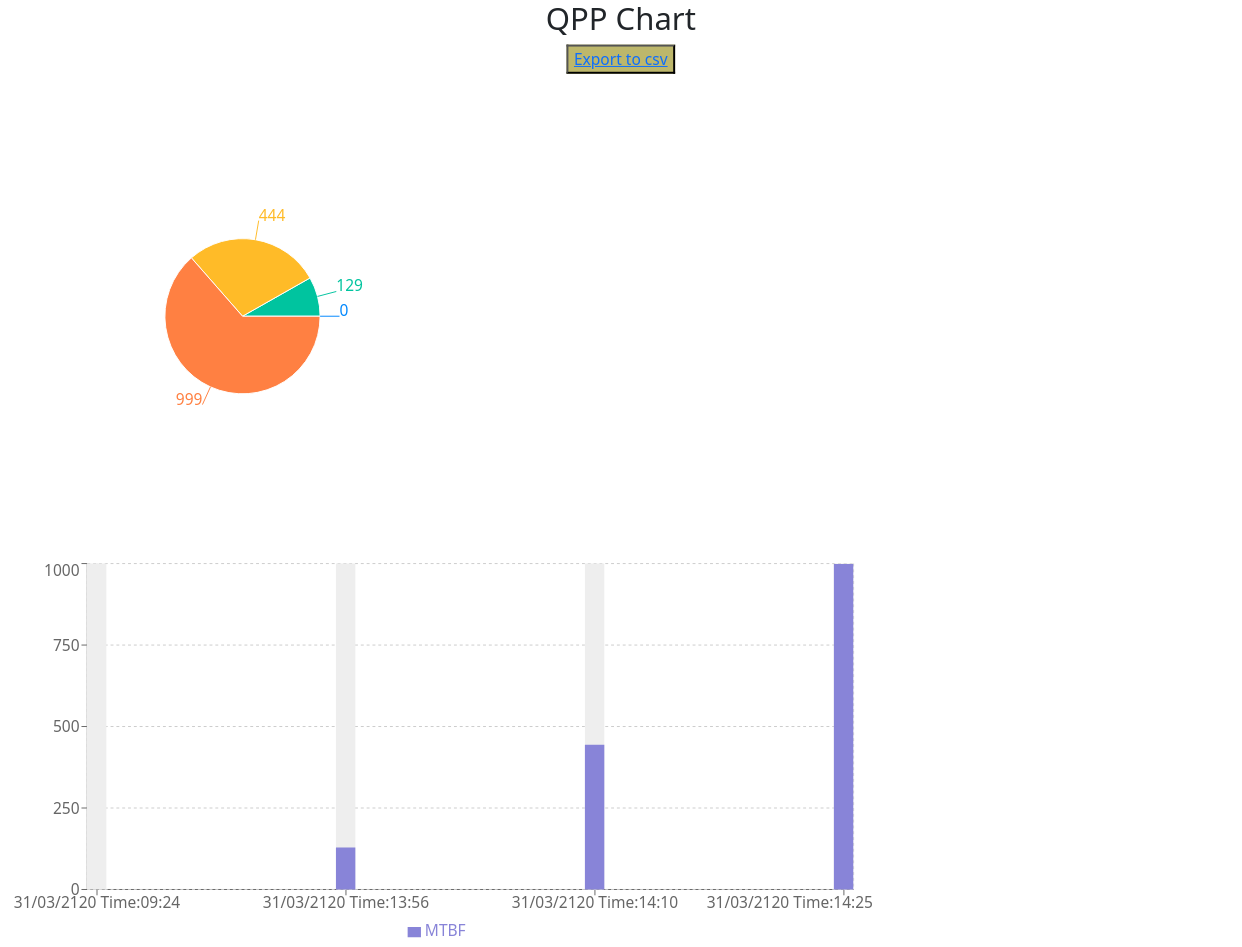
Repository: exiled-kal/ReactChartPrac
Page: /
The author's editor kept a copy of each file at every save. The page is drawn from the files as they stood at one save, then again after a run of saves.
The browser window is 1280 px wide. The pictures show the whole page, at 97% of full size.
The project was rebuilt for these pictures with package versions that can differ from the ones it lists, and the page was loaded fresh each time.

Above is the page before, as saved 2021-04-18 19:57:04.

After the next 2 saves:
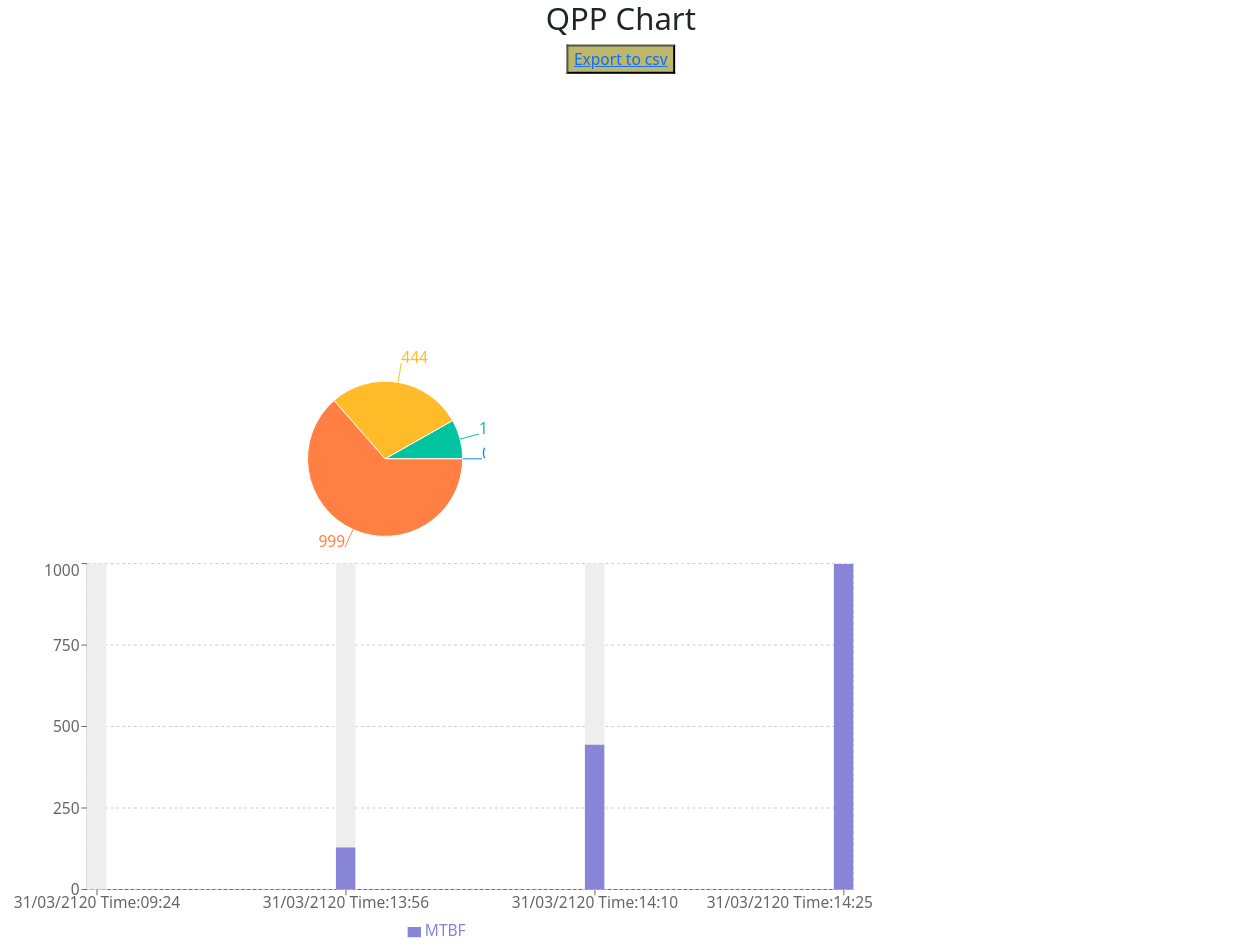
The 2 saves are shown as one change because they came seconds apart.
The last was saved 36 s later.
--- a/src/App.js
+++ b/src/App.js
@@ -113,8 +113,8 @@
             dataKey="MTBF"
             isAnimationActive={true}
             data={data}
-            cx="50%"
-            cy="50%"
+            cx="80%"
+            cy="80%"
             outerRadius={80}
             fill="#8884d8"
             label="Start Date Time"

After the save that followed:
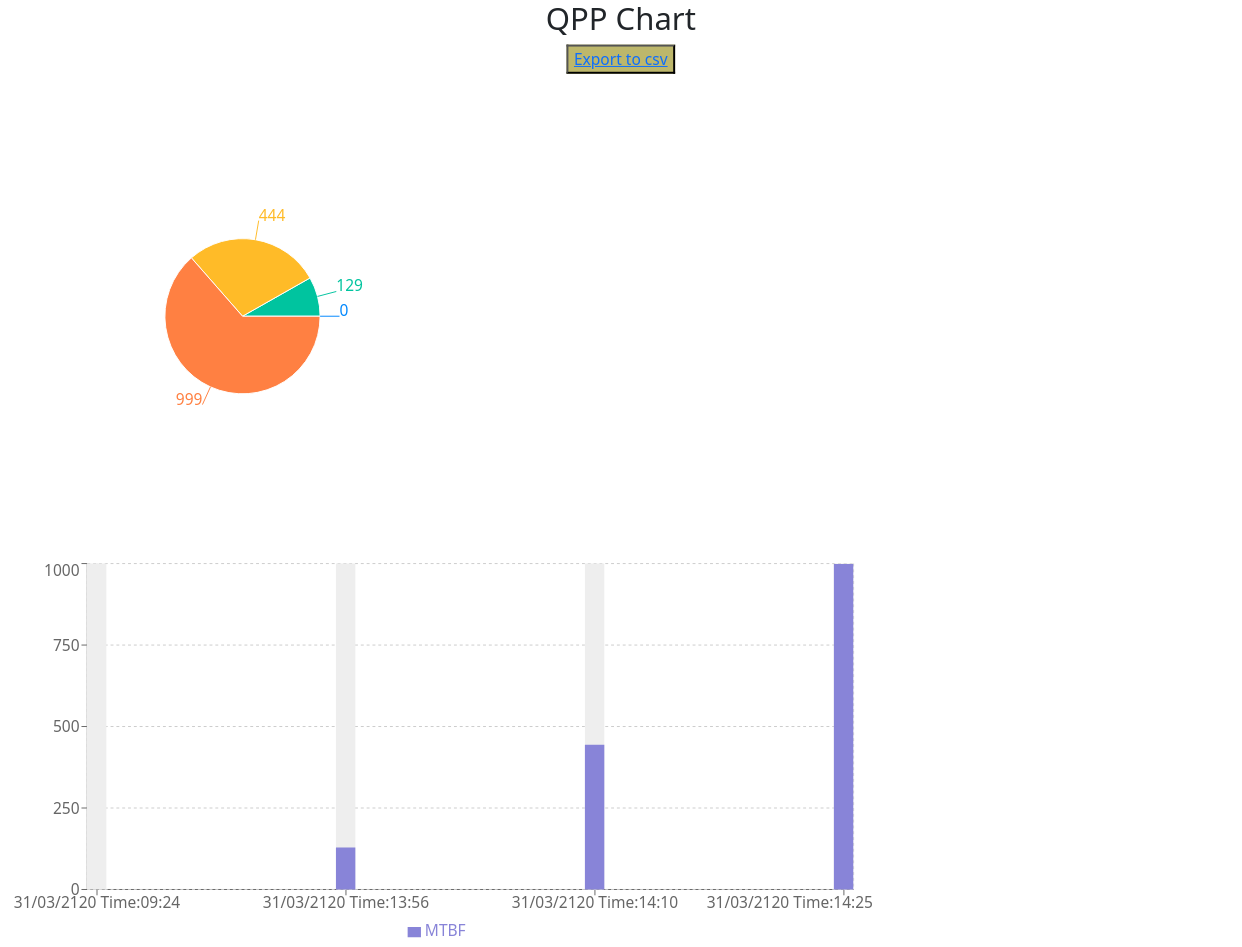
Saved 7 s later.
--- a/src/App.js
+++ b/src/App.js
@@ -113,8 +113,8 @@
             dataKey="MTBF"
             isAnimationActive={true}
             data={data}
-            cx="80%"
-            cy="80%"
+            cx="50%"
+            cy="50%"
             outerRadius={80}
             fill="#8884d8"
             label="Start Date Time"
